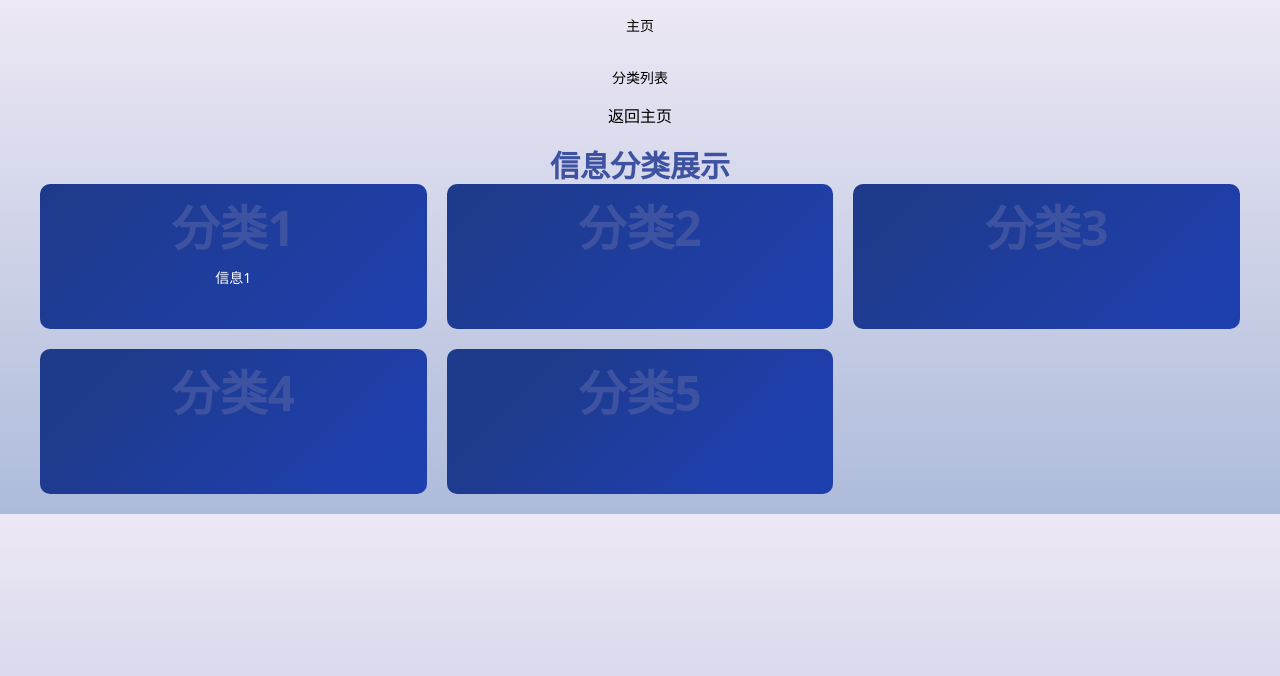
Repository: ulyanacreates/aihack-front
Page: /categories (app in hack-front/)
The author's editor kept a copy of each file at every save. The page is drawn from the files as they stood at one save, then again after the next save.
The browser window is 1280 px wide. The pictures show the whole page.
The project was rebuilt for these pictures with package versions that can differ from the ones it lists, and the page was loaded fresh each time.

Above is the page before, as saved 2024-10-26 20:25:35.

After the next save:
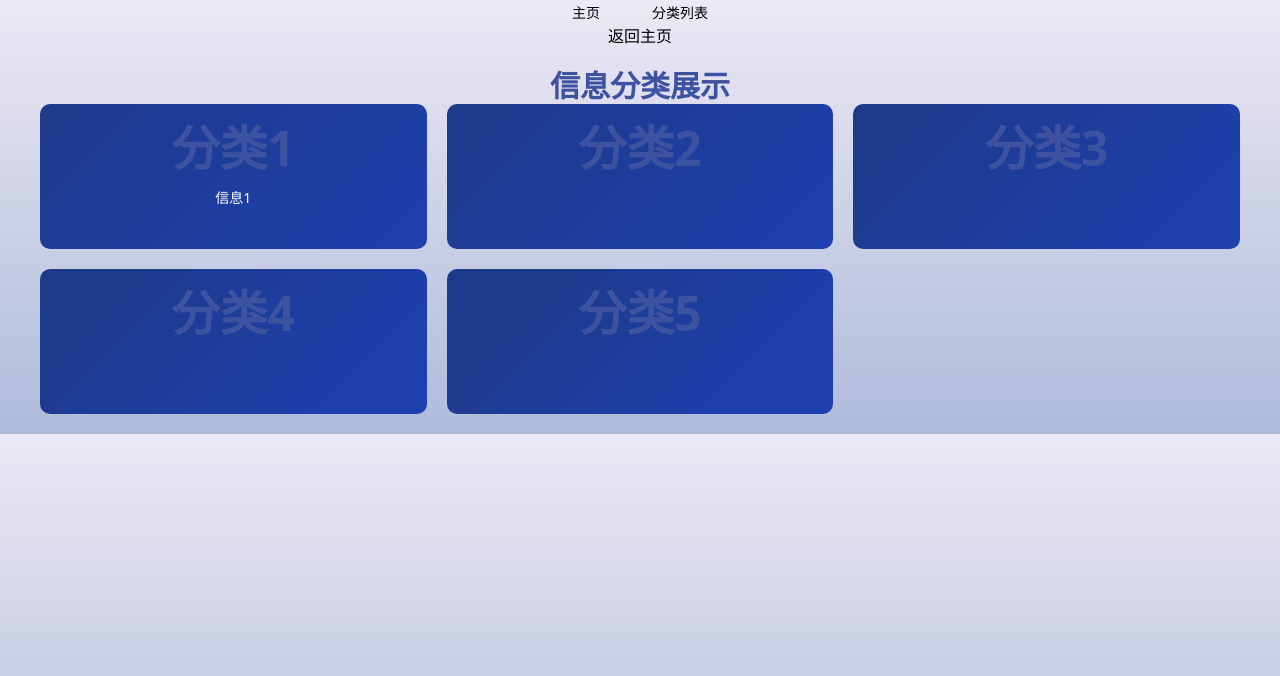
Saved 1 s later.
--- a/hack-front/src/App.css
+++ b/hack-front/src/App.css
@@ -2,76 +2,12 @@
   text-align: center;
 }
 
-.App-logo {
-  height: 40vmin;
-  pointer-events: none;
-}
-
-@media (prefers-reduced-motion: no-preference) {
-  .App-logo {
-    animation: App-logo-spin infinite 20s linear;
-  }
-}
-
-.App-header {
-  background-color: #282c34;
-  min-height: 100vh;
-  display: flex;
-  flex-direction: column;
-  align-items: center;
-  justify-content: center;
-  font-size: calc(10px + 2vmin);
-  color: white;
-}
-
-.App-link {
-  color: #61dafb;
-}
-
-@keyframes App-logo-spin {
-  from {
-    transform: rotate(0deg);
-  }
-  to {
-    transform: rotate(360deg);
-  }
-}
-
-.home-page {
-  padding: 20px;
-}
-
-.category-grid {
-  display: grid;
-  grid-template-columns: repeat(3, 1fr);
-  grid-template-rows: repeat(2, 1fr);
-  gap: 20px;
-  max-width: 1200px;
-  margin: 0 auto;
-}
-
-.category-card {
-  background-color: #1e3a8a;
-  color: white;
-  padding: 20px;
-  border-radius: 10px;
-  cursor: pointer;
-  transition: transform 0.3s ease;
-}
-
-.category-card:hover {
-  transform: scale(1.05);
-}
-
-.category-card h2 {
-  margin-top: 0;
-}
-
-.category-card ul {
+nav ul {
   list-style-type: none;
   padding: 0;
 }
 
-.category-card li {
-  margin-bottom: 5px;
+nav ul li {
+  display: inline;
+  margin: 0 10px;
 }
